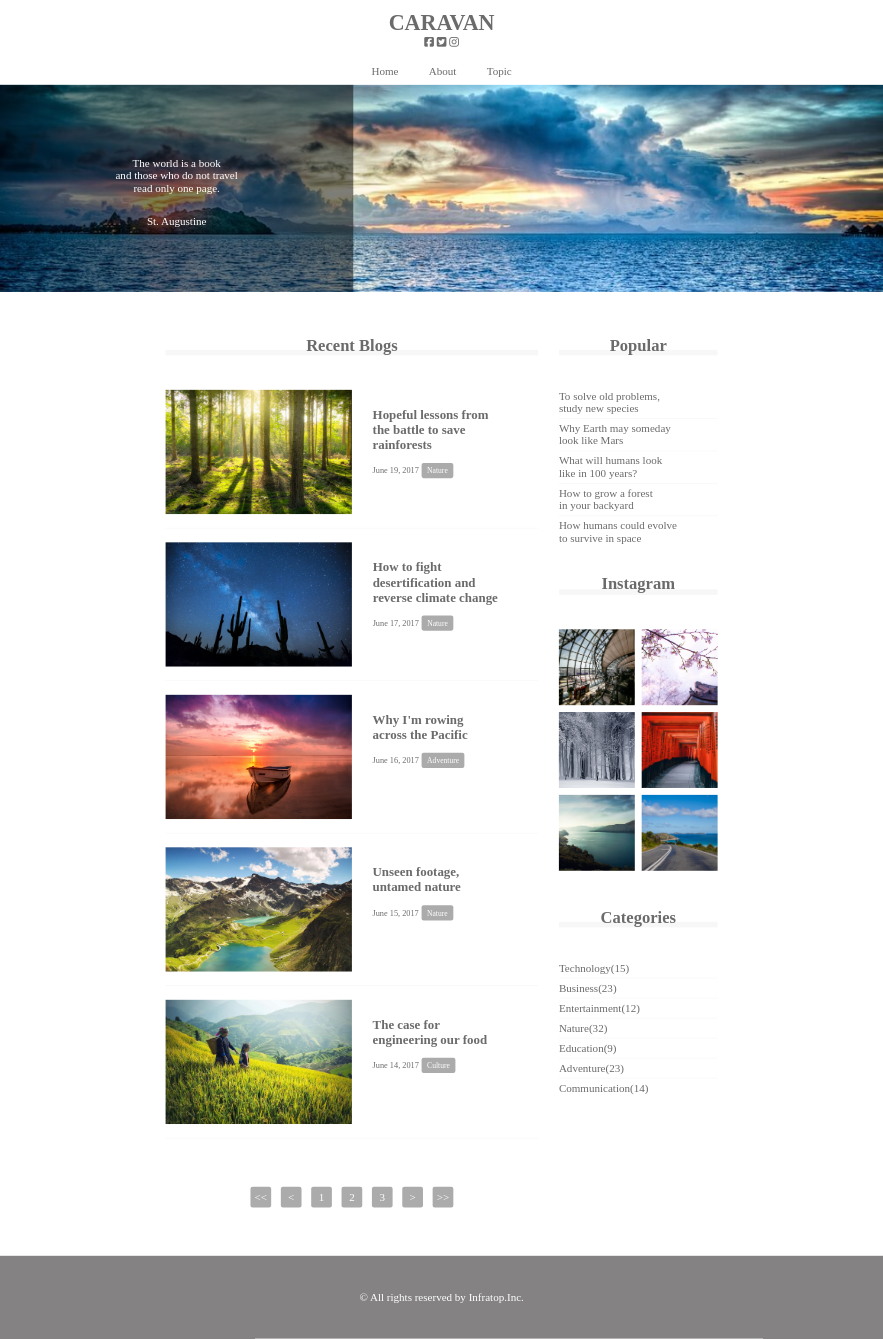
Repository: sawaweb/caravan
Page: caravan/index.html
The author's editor kept a record of every edit. The page is drawn from the files as they stood at one moment, then again after the next edit.
The browser window is 1280 px wide. The pictures show the whole page, at 69% of full size.
Some web libraries are served in a nearby version.

Above is the page before.

### caravan/index.html
<!DOCTYPE html>
<html lang="ja">
  <head>
    <meta charset="UTF-8" />
    <script src="https://kit.fontawesome.com/ecebc1051c.js" crossorigin="anonymous"></script>
    <link rel="stylesheet" href="style.css" />
    <title>CARAVAN</title>
  </head>

  <body>
    <header>
      <h1 class="heading">
        <a href="index.html">
          CARAVAN
        </a>
      </h1>
      <div class="social">
        <i class="fab fa-facebook-square"></i>
        <i class="fab fa-twitter-square"></i>
        <i class="fab fa-instagram"></i>
      </div>
    </header>

    <nav>
      <ul class="nav-list">
        <li class="nav-list-item">
          <a href="index.html">Home</a>
        </li>
        <li class="nav-list-item">About</li>
        <li class="nav-list-item">Topic</li>
      </ul>
    </nav>

    <div class="main-visual">
      <div class="main-visual-content">
        <p class="main-visual-text">
          The world is a book<br />
          and those who do not travel<br />
          read only one page.
        </p>
        <p class="main-visual-name">
          St. Augustine
        </p>
      </div>
    </div>

    <main>
      <section class="blog">
        <h2 class="blog-heading">Recent Blogs</h2>
        <div class="blog-box">
          <div class="blog-item">
            <img class="blog-image" src="img/forest.jpg" />
            <section class="blog-text">
              <h3 class="blog-text-heading">
                <a href="single.html">
                  Hopeful lessons from<br />
                  the battle to save<br />
                  rainforests
                </a>
              </h3>
              <p class="blog-date">June 19, 2017</p>
              <span class="category">Nature</span>
            </section>
          </div>
          <div class="blog-item">
            <img class="blog-image" src="img/desert.jpg" />
            <section class="blog-text">
              <h3 class="blog-text-heading">
                <a href="single.html">
                  How to fight<br />
                  desertification and<br />
                  reverse climate change
                </a>
              </h3>
              <p class="blog-date">June 17, 2017</p>
              <span class="category">Nature</span>
            </section>
          </div>
          <div class="blog-item">
            <img class="blog-image" src="img/sunset.jpg" />
            <section class="blog-text">
              <h3 class="blog-text-heading">
                <a href="single.html">
                  Why I'm rowing<br />
                  across the Pacific
                </a>
              </h3>
              <p class="blog-date">June 16, 2017</p>
              <span class="category">Adventure</span>
            </section>
          </div>
          <div class="blog-item">
            <img class="blog-image" src="img/italy.jpg" />
            <section class="blog-text">
              <h3 class="blog-text-heading">
                <a href="single.html">
                  Unseen footage,<br />
                  untamed nature
                </a>
              </h3>
              <p class="blog-date">June 15, 2017</p>
              <span class="category">Nature</span>
            </section>
          </div>
          <div class="blog-item">
            <img class="blog-image" src="img/asia.jpg" />
            <section class="blog-text">
              <h3 class="blog-text-heading">
                <a href="single.html">
                  The case for<br />
                  engineering our food
                </a>
              </h3>
              <p class="blog-date">June 14, 2017</p>
              <span class="category">Culture</span>
            </section>
          </div>
        </div>
        <div class="pagination">
          <p><<</p>
          <p><</p>
          <p>1</p>
          <p>2</p>
          <p>3</p>
          <p>></p>
          <p>>></p>
        </div>
      </section>
      <div class="sidebar">
        <section class="popular">
          <h2 class="sidebar-heading common-heading">Popular</h2>
          <div class="sidebar-contents">
            <p class="popular-text">
              To solve old problems,<br />study new species
            </p>
            <p class="popular-text">
              Why Earth may someday<br />look like Mars
            </p>
            <p class="popular-text">
              What will humans look<br />like in 100 years?
            </p>
            <p class="popular-text">
              How to grow a forest<br />in your backyard
            </p>
            <p class="popular-text">
              How humans could evolve<br />to survive in space
            </p>
          </div>
        </section>
        <section class="instagram">
          <h2 class="instagram-heading common-heading">Instagram</h2>
          <div class="sidebar-contents">
            <div class="instagram-box"></div>
            <div class="instagram-box"></div>
            <div class="instagram-box"></div>
            <div class="instagram-box"></div>
            <div class="instagram-box"></div>
            <div class="instagram-box"></div>
          </div>
        </section>
        <section class="categories">
          <h2 class="categories-heading common-heading">Categories</h2>
          <div class="sidebar-contents">
            <p class="categories-text">Technology(15)</p>
            <p class="categories-text">Business(23)</p>
            <p class="categories-text">Entertainment(12)</p>
            <p class="categories-text">Nature(32)</p>
            <p class="categories-text">Education(9)</p>
            <p class="categories-text">Adventure(23)</p>
            <p class="categories-text">Communication(14)</p>
          </div>
        </section>
      </div>
    </main>

    <footer>
      <p class="footer-text">© All rights reserved by Infratop.Inc.</p>
    </footer>
  </body>
</html>

### caravan/style.css
* {
  margin: 0;
  padding: 0;
  box-sizing: border-box;
  color: #6c6b6b;
}

a {
  text-decoration: none;
}

header {
  width: 90%;
  padding: 15px 0;
  margin: 0 auto;
  text-align: center;
}

header .heading {
  font-size: 32px;
}

.nav-list {
  text-align: center;
  padding: 10px 0;
  margin: 0 auto;
}

.nav-list-item {
  list-style: none;
  display: inline-block;
  margin: 0 20px;
}

.main-visual {
  width: 100%;
  height: 300px;
  background-image: url(img/mv.jpg);
  background-size: cover;
  background-position: center;
}

.main-visual-content {
  width: 40%;
  height: 300px;
  background-color: rgba(0, 0, 0, 0.5);
  text-align: center;
  padding-top: 105px;
}

.main-visual-text {
  color: #fff;
}

.main-visual-name {
  margin-top: 30px;
  color: #fff;
}

main {
  width: 800px;
  display: flex;
  justify-content: center;
  margin: 0 auto;
  padding: 70px 0;
}

.blog {
  width: 540px;
  margin-right: 30px; /* 領域の右側余白 */
}

.blog-heading {
  border-bottom: 8px solid #f7f7f7;
  text-align: center;
  line-height: 0.6;
}

.blog-box {
  padding-top: 50px;
}

.blog-item {
  padding-bottom: 20px;
  margin-bottom: 20px;
  border-bottom: 1px solid #f7f7f7;
  display: flex;
  justify-content: flex-start;
}

.blog-image {
  height: 180px;
}

.blog-text {
  padding: 25px 0 0 30px;
}

.blog-text-heading {
  padding-bottom: 15px;
}

.blog-date {
  font-size: 12px;
  display: inline-block;
}

.category {
  display: inline-block;
  padding: 5px 8px;
  background-color: #acabab;
  border-radius: 3px;
  color: #fff;
  font-size: 11px;
}

.pagination {
  text-align: center;
  padding-top: 50px;
}

.pagination p {
  display: inline-block;
  width: 30px;
  height: 30px;
  margin: 0 5px;
  color: #fff;
  background-color: #acabab;
  border-radius: 3px;
  line-height: 30px;
}

.sidebar {
  width: 230px;
}

.common-heading {
  border-bottom: 8px solid #f7f7f7;
  text-align: center;
  line-height: 0.6;
}

.sidebar-contents {
  padding: 50px 0;
}

.popular-text,
.categories-text {
  padding-bottom: 5px;
  border-bottom: 1px solid #f7f7f7;
  margin-bottom: 5px;
}

.popular-text:last-child,
.categories-text:last-child {
  margin: 0;
  padding: 0;
  border: none;
}

.instagram .sidebar-contents {
  display: flex;
  flex-wrap: wrap;
}

.instagram-box {
  width: 110px;
  padding-top: 110px;
  background-size: cover;
  background-position: center;
  margin-bottom: 10px;
}

.instagram-box:nth-child(odd) {
  margin: 0 10px 10px 0;
}

.instagram-box:nth-child(1) {
  background-image: url(img/airport.jpg);
}

.instagram-box:nth-child(2) {
  background-image: url(img/japan.jpg);
}

.instagram-box:nth-child(3) {
  background-image: url(img/snow.jpg);
}

.instagram-box:nth-child(4) {
  background-image: url(img/japan2.jpg);
}

.instagram-box:nth-child(5) {
  background-image: url(img/lake.jpg);
}

.instagram-box:nth-child(6) {
  background-image: url(img/road.jpg);
}

footer {
  width: 100%;
  height: 120px;
  text-align: center;
  line-height: 120px;
  background-color: #848282;
}

.footer-text {
  color: #fff;
}

After the next edit:
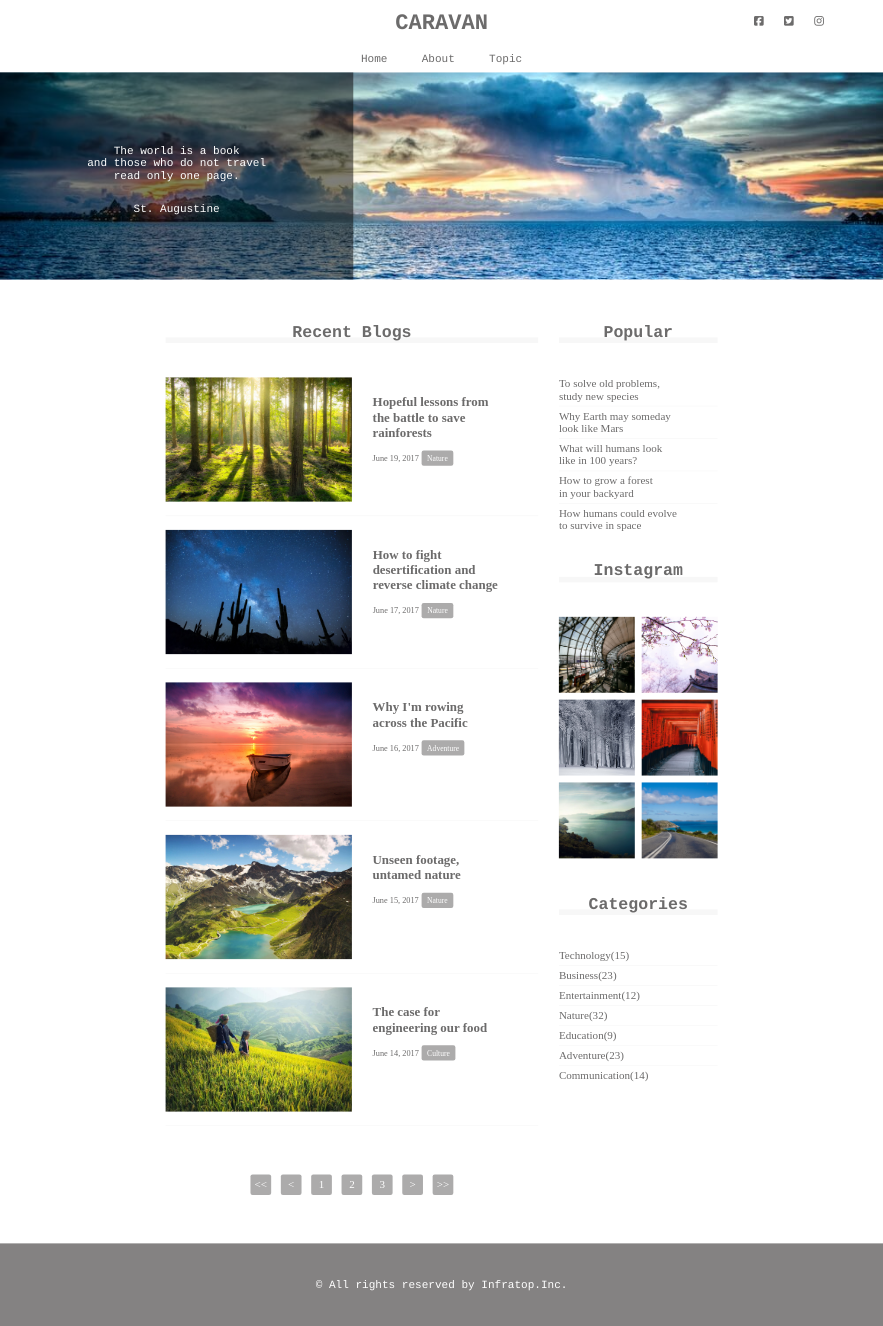
The edit:
--- a/caravan/style.css
+++ b/caravan/style.css
@@ -9,14 +9,31 @@
   text-decoration: none;
 }
 
+header, nav, h2, .main-visual, footer {
+  font-family: Chalkduster, "Bradley Hand", Courier, "Segoe Print", sans-serif;
+}
+
 header {
   width: 90%;
   padding: 15px 0;
   margin: 0 auto;
   text-align: center;
+  position: relative;
+}
+
+.social i {
+  display: inline-block;
+  margin-left: 20px;
+}
+
+.social {
+  position: absolute;
+  top: 22px;
+  right: 22px;
 }
 
 header .heading {
+  /* headerタグ内のheadingクラスにのみ反映される */
   font-size: 32px;
 }
 
@@ -33,36 +50,36 @@
 }
 
 .main-visual {
-  width: 100%;
-  height: 300px;
+  width: 100%; /* 横幅いっぱい */
+  height: 300px; /* 高さ300px */
   background-image: url(img/mv.jpg);
-  background-size: cover;
-  background-position: center;
+  background-size: cover; /* 縦横比を維持したまま背景領域を埋め尽くす */
+  background-position: center; /* 背景画像を中央に配置 */
 }
 
 .main-visual-content {
-  width: 40%;
-  height: 300px;
-  background-color: rgba(0, 0, 0, 0.5);
-  text-align: center;
-  padding-top: 105px;
+  width: 40%; /* 横幅40% */
+  height: 300px; /* 親の高さに揃える */
+  background-color: rgba(0, 0, 0, 0.5); /* 背景色を半透明の黒にする */
+  text-align: center; /* 文字を中央揃えにする */
+  padding-top: 105px; /* 上側の内側余白で垂直方向の位置を調整 */
 }
 
 .main-visual-text {
-  color: #fff;
+  color: #fff; /* 文字色を白に変更 */
 }
 
 .main-visual-name {
-  margin-top: 30px;
-  color: #fff;
+  margin-top: 30px; /* 上側の外側の余白 */
+  color: #fff; /* 文字色を白に変更 */
 }
 
 main {
-  width: 800px;
-  display: flex;
-  justify-content: center;
-  margin: 0 auto;
-  padding: 70px 0;
+  width: 800px; /* 横幅800px */
+  display: flex; /* Flexboxの利用 */
+  justify-content: center; /* 要素の横並び・中央寄せ */
+  margin: 0 auto; /* 要素の中央揃え */
+  padding: 70px 0; /* 上下に70px、左右に0pxの内側余白 */
 }
 
 .blog {
@@ -118,7 +135,6 @@
   text-align: center;
   padding-top: 50px;
 }
-
 .pagination p {
   display: inline-block;
   width: 30px;
@@ -133,24 +149,20 @@
 .sidebar {
   width: 230px;
 }
-
 .common-heading {
   border-bottom: 8px solid #f7f7f7;
   text-align: center;
   line-height: 0.6;
 }
-
 .sidebar-contents {
   padding: 50px 0;
 }
-
 .popular-text,
 .categories-text {
   padding-bottom: 5px;
   border-bottom: 1px solid #f7f7f7;
   margin-bottom: 5px;
 }
-
 .popular-text:last-child,
 .categories-text:last-child {
   margin: 0;
@@ -170,31 +182,24 @@
   background-position: center;
   margin-bottom: 10px;
 }
-
 .instagram-box:nth-child(odd) {
-  margin: 0 10px 10px 0;
-}
-
+  margin-right: 10px;
+}
 .instagram-box:nth-child(1) {
   background-image: url(img/airport.jpg);
 }
-
 .instagram-box:nth-child(2) {
   background-image: url(img/japan.jpg);
 }
-
 .instagram-box:nth-child(3) {
   background-image: url(img/snow.jpg);
 }
-
 .instagram-box:nth-child(4) {
   background-image: url(img/japan2.jpg);
 }
-
 .instagram-box:nth-child(5) {
   background-image: url(img/lake.jpg);
 }
-
 .instagram-box:nth-child(6) {
   background-image: url(img/road.jpg);
 }
